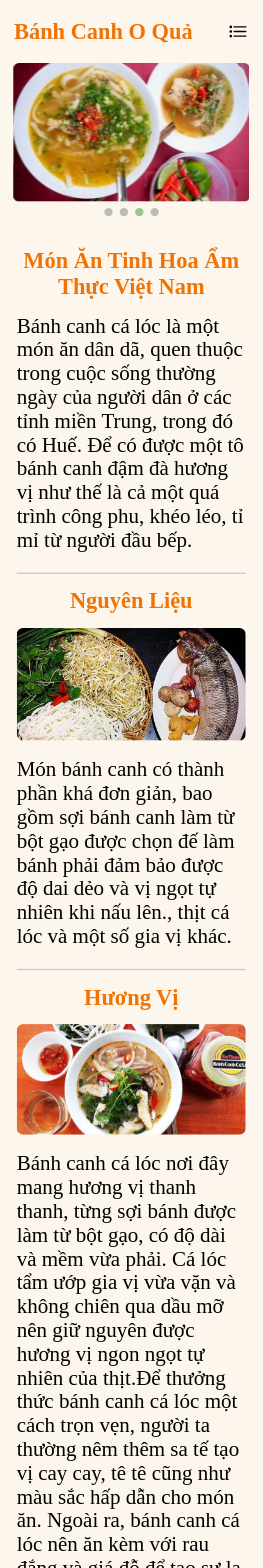
Repository: LeCongTuan2608/AmThuc
Page: index.html
These files come from the project's save history. The page is drawn as it stood at one moment and after the next save; the edit follows.
The browser window is 375 px wide. The pictures show the part of the page from y = 0 to 2240 px (the page is 3565 px tall before and 3525 px after), at 70% of full size.
Some web fonts or font styles are not loaded; a fallback is used. Some web libraries are served in a nearby version. The style sheet was rebuilt from its Sass, Less or Tailwind sources for each picture, by a compiler version that may differ from the author's.

Above is the page before, as saved 2022-04-15 14:15:18.

### index.html
<!DOCTYPE html>
<html lang="en">
   <head>
      <meta charset="UTF-8" />
      <meta http-equiv="X-UA-Compatible" content="IE=edge" />
      <meta name="viewport" content="width=device-width, initial-scale=1.0" />

      <link rel="stylesheet" type="text/css" href="https://cdn.jsdelivr.net/npm/slick-carousel@1.8.1/slick/slick.css" />

      <script type="module" src="https://unpkg.com/ionicons@5.5.2/dist/ionicons/ionicons.esm.js"></script>
      <script nomodule src="https: // unkg .com / ionicons @ 5.5.2 / dist / ionicons / ionicons.js "></script>

      <link rel="preconnect" href="https://fonts.googleapis.com" />
      <link rel="preconnect" href="https://fonts.gstatic.com" crossorigin />
      <link href="https://fonts.googleapis.com/css2?family=Updock&display=swap" rel="stylesheet" />

      <link rel="stylesheet" href="../sass/css/index.css" />
      <link rel="stylesheet" href="../Javascript/app.js" />

      <title>Bánh Canh O Quả</title>
   </head>
   <body>
      <header>
         <div id="header">
            <h1>Bánh Canh O Quả</h1>
            <ion-icon name="list-outline"></ion-icon>
         </div>
      </header>
      <main>
         <div id="container">
            <div id="top" class="top">
               <div class="image">
                  <img src="../images/anh-3.png" alt="" />
               </div>
               <div class="image">
                  <img src="../images/anh-4.jpg" alt="" />
               </div>
               <div class="image">
                  <img src="../images/anh-5.jpg" alt="" />
               </div>
               <div class="image">
                  <img src="../images/anh-6.jpg" alt="" />
               </div>
            </div>
            <div id="middle">
               <div id="contents">
                  <div id="story" class="posts">
                     <h1>Món Ăn Tinh Hoa Ẩm Thực Việt Nam</h1>
                     <p>
                        Bánh canh cá lóc là một món ăn dân dã, quen thuộc trong cuộc sống thường ngày của người dân ở
                        các tỉnh miền Trung, trong đó có Huế. Để có được một tô bánh canh đậm đà hương vị như thế là cả
                        một quá trình công phu, khéo léo, tỉ mỉ từ người đầu bếp.
                     </p>
                  </div>
                  <div id="ingredient" class="posts">
                     <h1>Nguyên Liệu</h1>
                     <img src="../images/anh-8.jpg" alt="" />
                     <p>
                        Món bánh canh có thành phần khá đơn giản, bao gồm sợi bánh canh làm từ bột gạo được chọn đế làm
                        bánh phải đảm bảo được độ dai dẻo và vị ngọt tự nhiên khi nấu lên., thịt cá lóc và một số gia vị
                        khác.
                     </p>
                  </div>
                  <div id="taste" class="posts">
                     <h1>Hương Vị</h1>
                     <img src="../images/anh-7.jpg" alt="" />
                     <p>
                        Bánh canh cá lóc nơi đây mang hương vị thanh thanh, từng sợi bánh được làm từ bột gạo, có độ dài
                        và mềm vừa phải. Cá lóc tẩm ướp gia vị vừa vặn và không chiên qua dầu mỡ nên giữ nguyên được
                        hương vị ngon ngọt tự nhiên của thịt.Để thưởng thức bánh canh cá lóc một cách trọn vẹn, người ta
                        thường nêm thêm sa tế tạo vị cay cay, tê tê cũng như màu sắc hấp dẫn cho món ăn. Ngoài ra, bánh
                        canh cá lóc nên ăn kèm với rau đắng và giá đỗ để tạo sự lạ miệng, bớt ngấy.
                     </p>
                  </div>
                  <div id="price" class="posts">
                     <h1>Giá Thành</h1>
                     <p>
                        Chỉ từ 20.000 vnd - 50.000 vnd, bạn đã có thể thưởng thức một tô bánh canh cá lóc ngon lành nóng
                        hổi đầy ắp thịt cá.
                     </p>
                  </div>
                  <div id="address" class="posts">
                     <h1>Địa Chỉ</h1>
                     <p>Số 76 đường 30/4 thị trấn Ngãi Giao, huyện Châu Đức, tỉnh Bà Rịa Vũng Tàu</p>
                  </div>
               </div>
            </div>
         </div>
      </main>
      <footer></footer>

      <script type="text/javascript" src="https://code.jquery.com/jquery-1.11.0.min.js"></script>
      <script type="text/javascript" src="https://code.jquery.com/jquery-migrate-1.2.1.min.js"></script>
      <script
         type="text/javascript"
         src="https://cdn.jsdelivr.net/npm/slick-carousel@1.8.1/slick/slick.min.js"
      ></script>
      <script src="../Javascript/app.js"></script>
   </body>
</html>

### Javascript/app.js
$(document).ready(function () {
   $('.top').slick({
      infinite: true,
      arrows: true,
      draggable: false,
      dots: true,
      autoplay: true,
      autoplaySpeed: 1500,
      responsive: [
         {
            breakpoint: 501,
            settings: {
               arrows: false,
            },
         },
      ],
      prevArrow: `<button type='button' class='slick-prev slick-arrow'><ion-icon name="arrow-back-outline"></ion-icon></button>`,
      nextArrow: `<button type='button' class="slick-next slick-arrow"><ion-icon name="arrow-forward-outline"></ion-icon></button>`,
   });
});

### sass/index.scss
@import './variables';
html{
    font-size: 100%;
    width: 100%;
    height: 100%;
}
*{
    margin: 0;
    padding: 0;
}
body{
    width: 100%;
    height: 100%;
    background-color: $background_Color;
}
header #header{
    display: flex;
    height: 50px;
    padding: 20px;
    align-items: center;
    justify-content: space-between;
}
#header h1{
    color: $words_Color;
    cursor: pointer;
    font-family: $words_font;
}
#header ion-icon{
    font-size: 30px;
    cursor: pointer;
}
main{
    width: 100%;
    display: flex;
    justify-content: center;
}
main #container{
    height: auto;
    display: flex;
    width: 70%;
    flex-direction: column;
    // justify-content: center;

}
#top {
}
.image{
    height: 10%;
    width: 100%;
}
.image img{
    width: 100%;
    height: 100%;
    border-radius: 8px;
    background-size: cover;
}
.slick-arrow{
    height: 50px;
    width: 50px;
    border: none;
    border-radius: 100rem;
    position: absolute;
    align-items: center;
    font-size: 25px;
    line-height: 1;
    z-index: 2;
    top: 50%;
    transform: translateY(-50%);
    background-color: rgb(150, 200, 144);
    cursor: pointer;
}
.slick-arrow:hover{
    background-color: rgb(70, 145, 191);
}
.slick-arrow:active{
    background-color: $words_Color;
}
.slick-prev{
    left:-60px;

}
.slick-next{
    right: -60px;
}
.slick-dots{
    position:absolute;
    bottom: 0;
    left: 50%;
    transform:  translate(-50%,20px);
    display: flex !important;
    align-items: center;
    justify-content: center;
    gap: 0 10px;
}
.slick-dots li{
    list-style-type: none;
}
.slick-dots button{
    font-size: 0;
    width: 12px;
    height: 12px;
    border-radius: 100rem;
    border: none;
    cursor: pointer;
    background-color: rgb(189, 187, 187);


}
.slick-dots .slick-active button{
    background-color: rgb(150, 200, 144);
}
#contents{
    width: auto;
    height: auto;
    padding: 30px 25px 30px 25px;
}
.posts{
    border-bottom-style: solid;
    border-width: 2px;
    border-color: #cbcbcb;
    padding-bottom: 50px;
}
.posts h1{
    color: $words_Color;
    text-align: center;
    margin: 60px 0 30px 0;
    font-family: $words_font;
}
.posts img{
    width: 100%;
    height: 100%;
    background-size: cover;
    border-radius: 9px;
    margin-bottom: 20px;
}
.posts p{
    font-size: $font_Size;
    font-family: $words_font;
}
#address{
    border-bottom-style:none;
}
footer{
    height: 200px;
    background-color: $words_Color;
}
@media screen and (max-width: 500px) {
    main #container{
        height: auto;
        display: flex;
        width: 90%;
        flex-direction: column;
    }
    #contents{
        width: auto;
        height: auto;
        padding: 5px 5px 10px 5px;
    }
    #middle{
        padding-top: 40px;
    }
    .posts{
        border-bottom-style: solid;
        border-width: 2px;
        border-color: #cbcbcb;
        padding-bottom: 30px;
    }
    .posts h1{
        color: $words_Color;
        text-align: center;
        margin: 20px 0 20px 0;
        font-family: $words_font;
    }
    #address{
        border-bottom-style:none;
    }
}

### sass/variables.scss
$background_Color: #fcf6ed;
$words_Color: #f07305;
$words_font: 'Updock', cursive;
$font_Size: 30px;

After the next save:
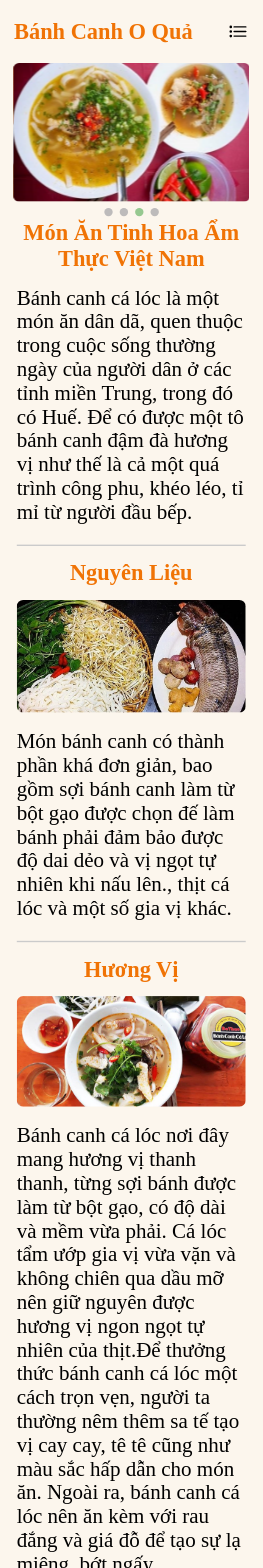
Saved 17 s later.
--- a/sass/index.scss
+++ b/sass/index.scss
@@ -156,9 +156,6 @@ footer{
         height: auto;
         padding: 5px 5px 10px 5px;
     }
-    #middle{
-        padding-top: 40px;
-    }
     .posts{
         border-bottom-style: solid;
         border-width: 2px;
